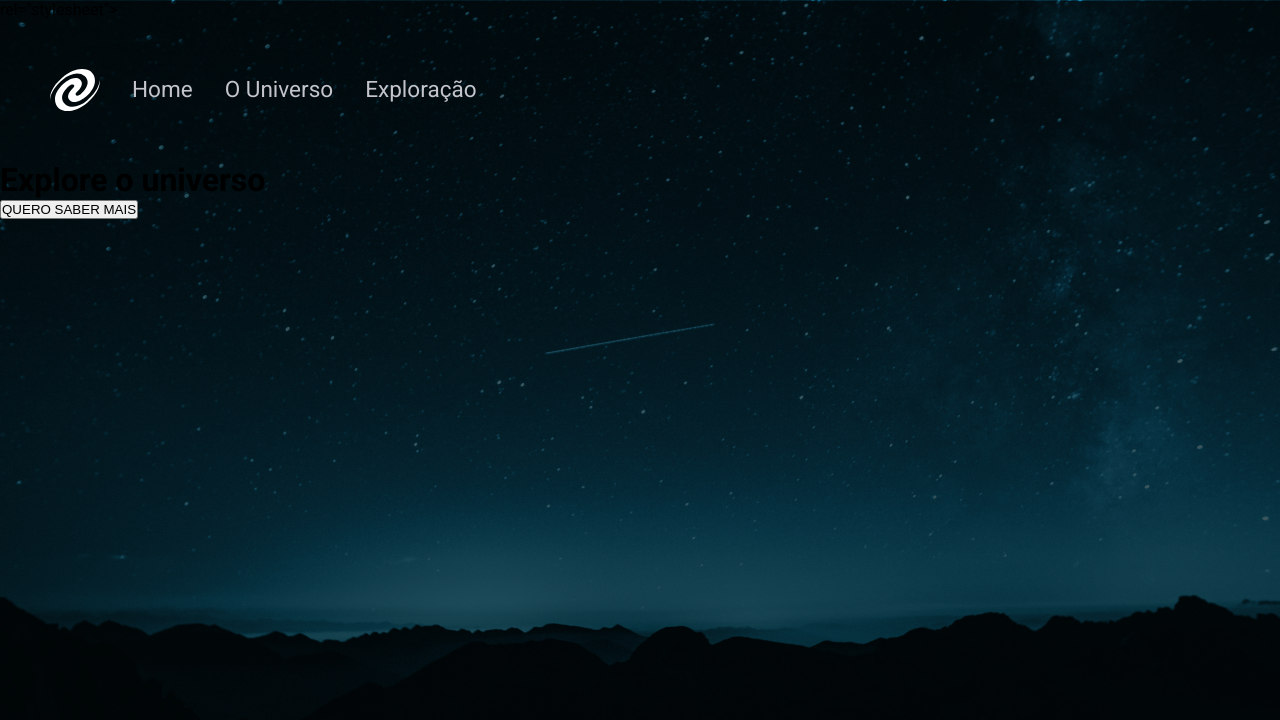
Repository: eltonneiferson/spaUniverse
Page: index.html
The author's editor kept a copy of each file at every save. The page is drawn from the files as they stood at one save, then again after the next save.
The browser window is 1280 px wide. The pictures show the whole page.

Above is the page before, as saved 2022-10-26 22:24:22.

After the next save:
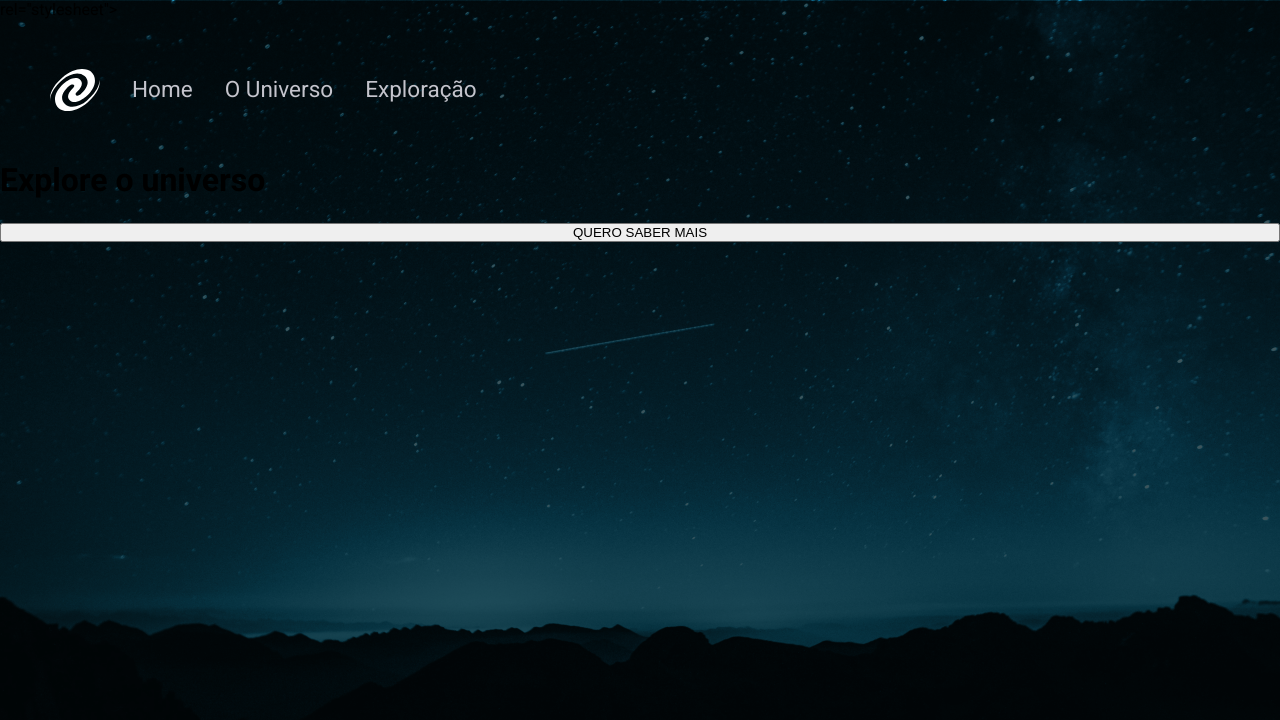
Saved 4 s later.
--- a/stylle.css
+++ b/stylle.css
@@ -39,6 +39,6 @@ nav a:hover {
 }
 
 main {
-    display: ;
+    display: grid;
     gap: 24px;
 }
